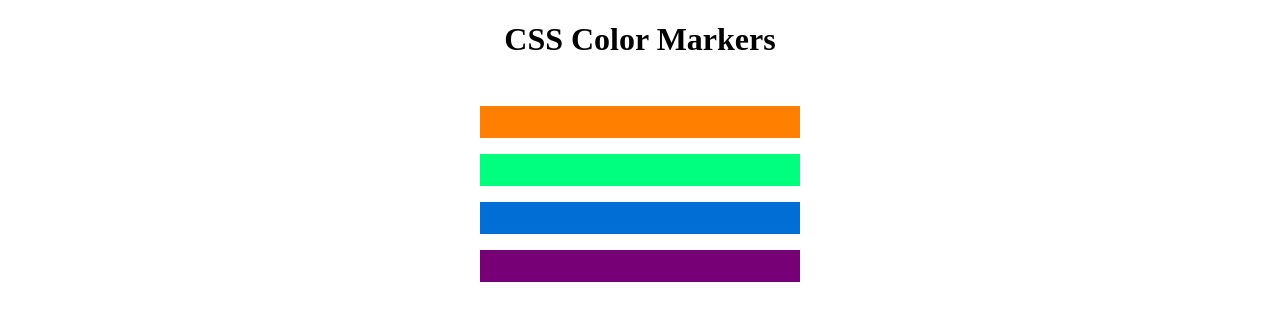
Repository: Lungdjos/color_markers
Page: index.html
An editor plug-in stored every save of this project. The page is shown before and after the next save, followed by the edit.
The browser window is 1280 px wide. The pictures show the whole page.

Above is the page before, as saved 2023-09-14 18:27:09.

### index.html
<!DOCTYPE html>
<html lang="en">

<head>
    <meta charset="UTF-8">
    <meta name="viewport" content="width=device-width, initial-scale=1.0">
    <title>Colored Markers</title>
    <link rel="stylesheet" href="styles.css">
</head>

<body>
    <h1>CSS Color Markers</h1>
    <div class="container">
        <div class="marker orange"></div>
        <div class="marker green"></div>
        <div class="marker cyan"></div>
        <div class="marker purple"></div>
    </div>
</body>

</html>

### styles.css
/* STYLING */

h1 {
    text-align: center;
}

.marker {
    /* background-color: red; */
    width: 320px;
    height: 32px;
    margin: 16px auto;
}

.orange {
    background-color: rgb(255, 127, 0);
}

.green {
    background-color: rgb(0, 255, 127);
}

.cyan {
    background-color: #006ed4;
}

.purple {
    background-color: #707;
}

.container {
    background-color: rgb(255, 255, 255);
    margin: auto;
    padding: 10px 0px;
}

After the next save:
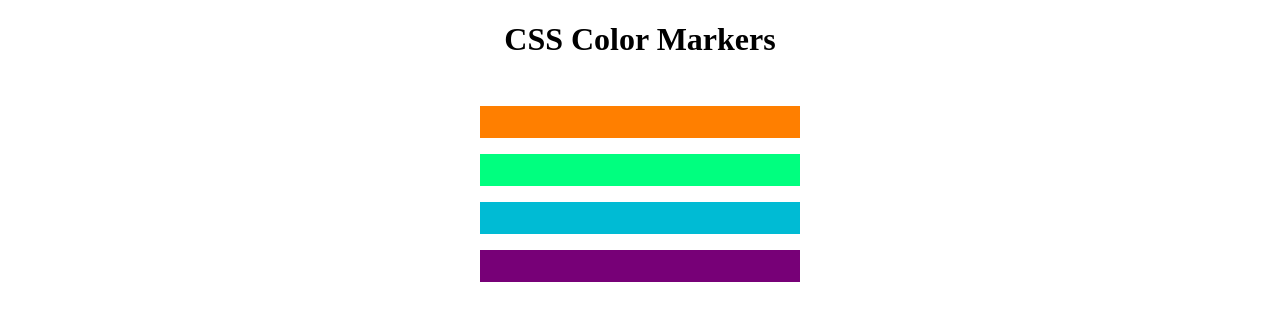
Saved 72 s later.
--- a/styles.css
+++ b/styles.css
@@ -20,7 +20,7 @@ h1 {
 }
 
 .cyan {
-    background-color: #006ed4;
+    background-color: #00bbd4;
 }
 
 .purple {
